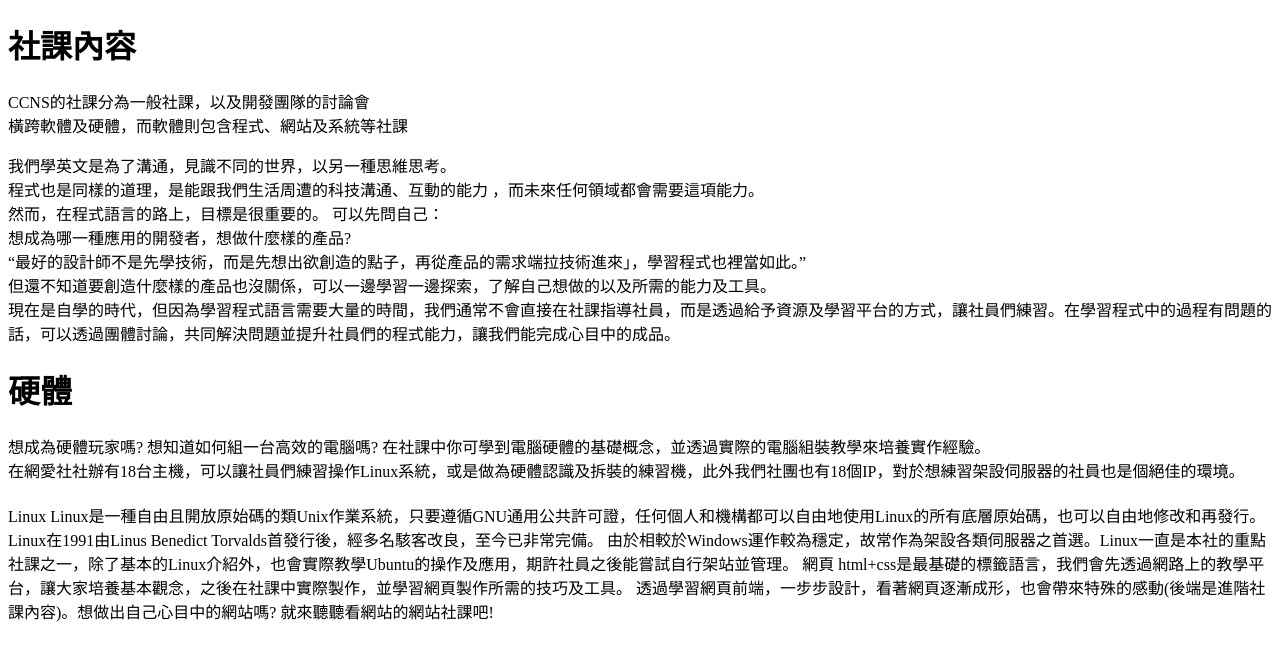
Repository: ccns/ccns_website
Page: classes.html
The author's editor kept a record of every edit. The page is drawn from the files as they stood at one moment, then again after the next edit.
The browser window is 1280 px wide. The pictures show the whole page.

Above is the page before.

After the next edit:
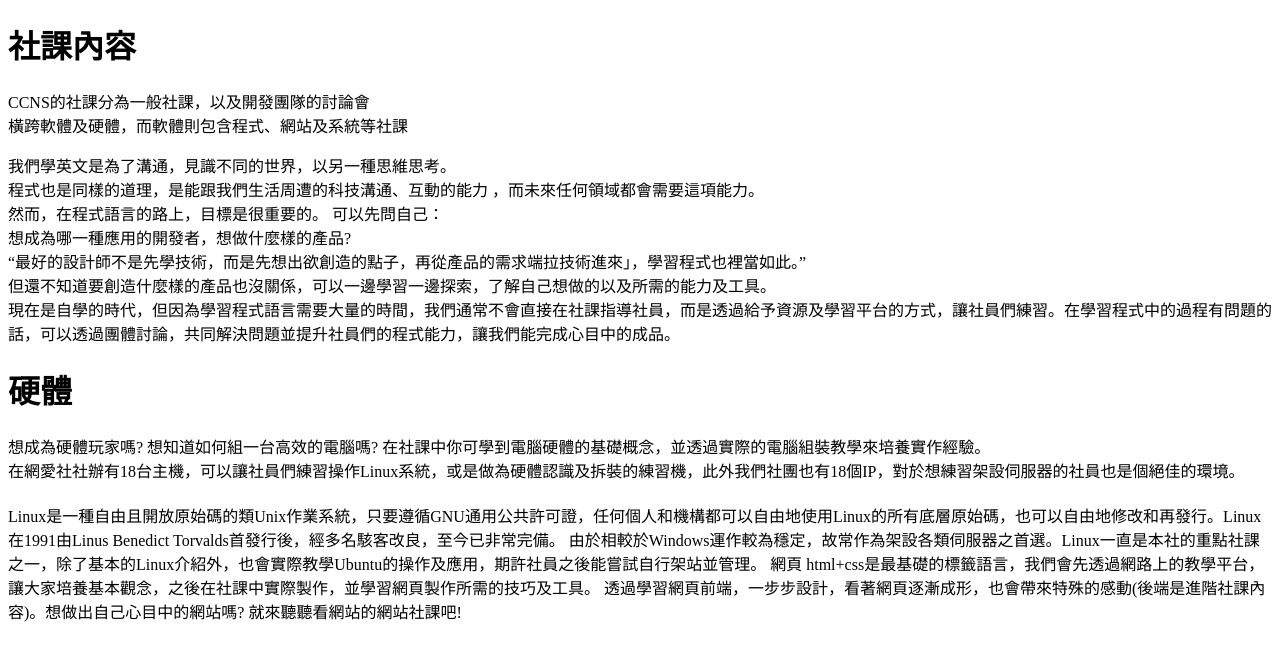
The edit:
--- a/classes.html
+++ b/classes.html
@@ -35,7 +35,7 @@
 
 
 
-Linux
+
 Linux是一種自由且開放原始碼的類Unix作業系統，只要遵循GNU通用公共許可證，任何個人和機構都可以自由地使用Linux的所有底層原始碼，也可以自由地修改和再發行。Linux在1991由Linus Benedict Torvalds首發行後，經多名駭客改良，至今已非常完備。
 由於相較於Windows運作較為穩定，故常作為架設各類伺服器之首選。Linux一直是本社的重點社課之一，除了基本的Linux介紹外，也會實際教學Ubuntu的操作及應用，期許社員之後能嘗試自行架站並管理。
 
